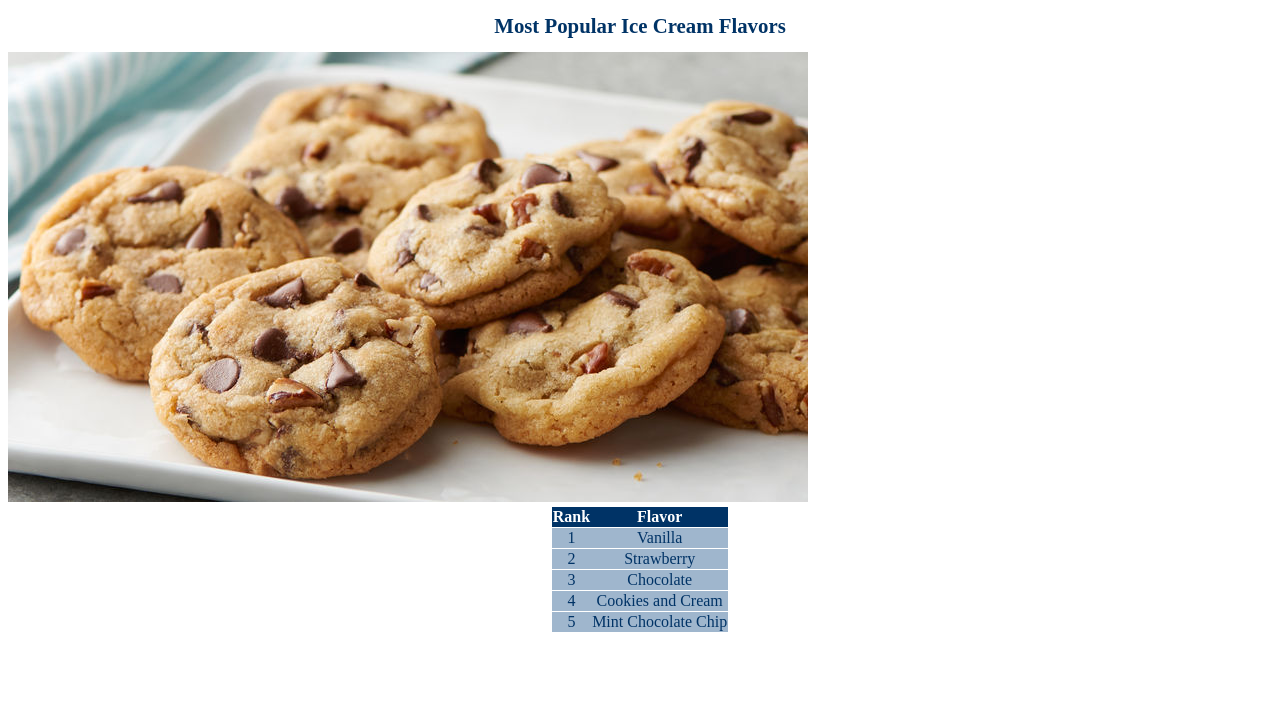
Repository: prathampatel1/pratham12.github.io
Page: 241/images/ice.html
The author's editor kept a record of every edit. The page is drawn from the files as they stood at one moment, then again after the next edit.
The browser window is 1280 px wide. The pictures show the whole page.

Above is the page before.

After the next edit:
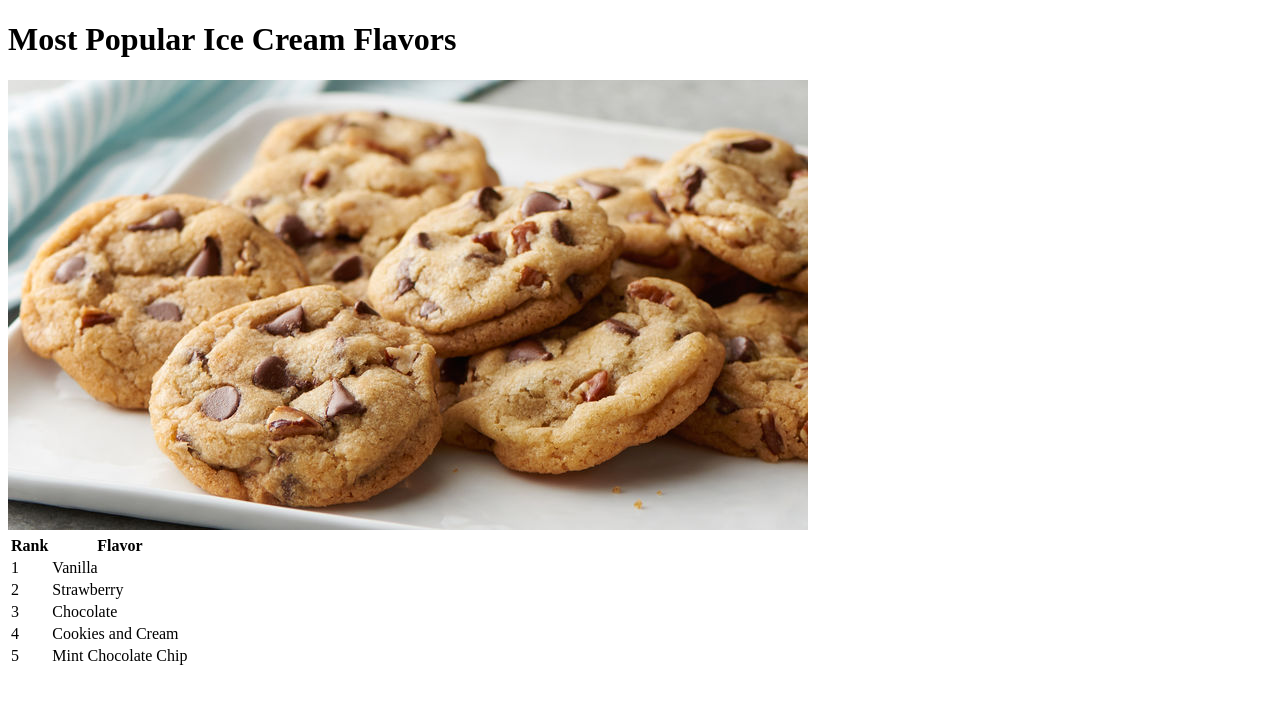
The edit:
--- a/241/images/ice.html
+++ b/241/images/ice.html
@@ -17,5 +17,3 @@
       </table>
     </body>
   </html>
-
-<link href="icecream.css" rel="stylesheet" type="text/css">

After the edit that followed:
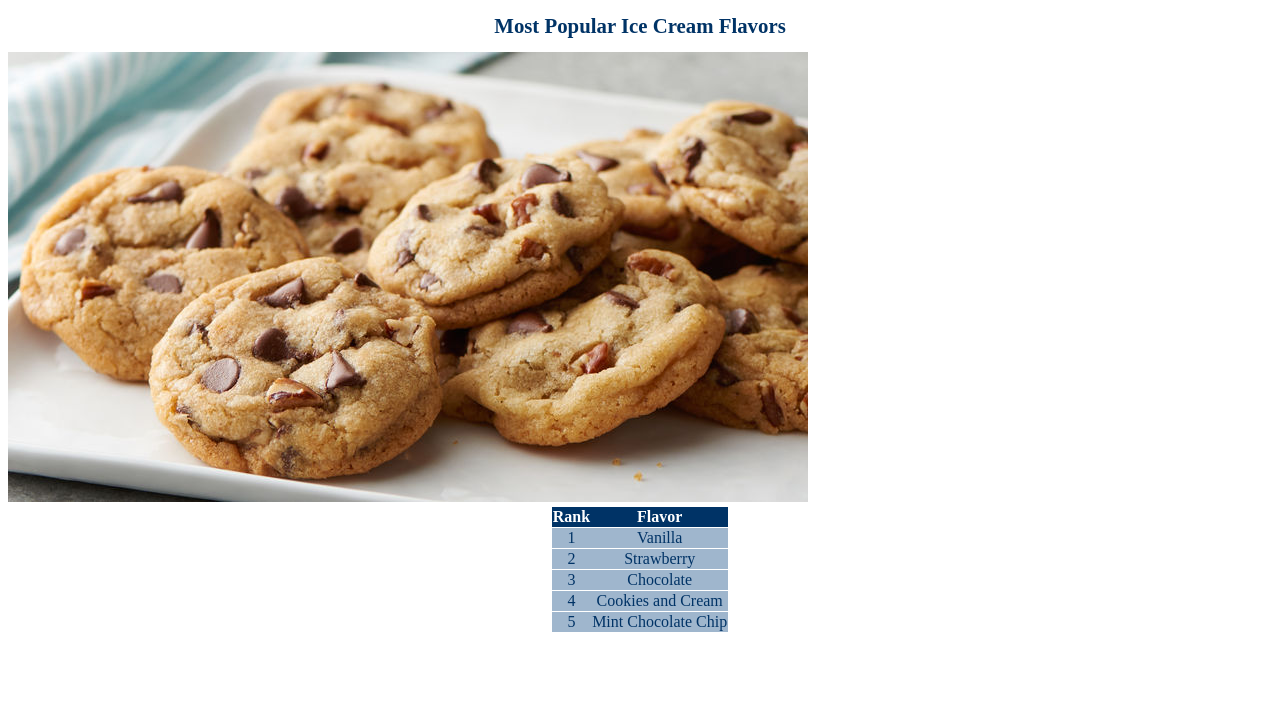
The edit:
--- a/241/images/ice.html
+++ b/241/images/ice.html
@@ -1,6 +1,7 @@
 <!DOCTYPE html>
    <html>
      <head>
+        <link href="icecream.css" rel="stylesheet" type="text/css">
        <meta charset="utf-8">
        <title>I Scream For Ice Cream!</title>
      </head>
